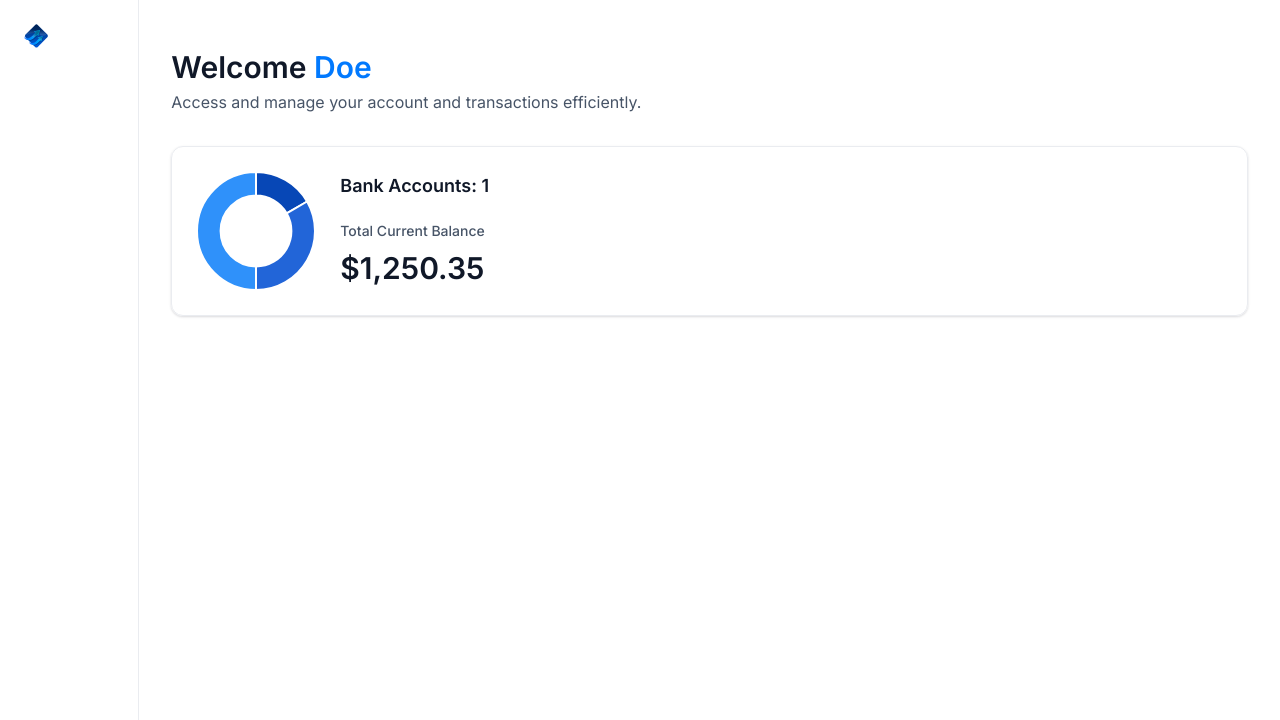
Repository: akinolapo/creditcraze
Page: /
These files come from the project's save history. The page is drawn as it stood at one moment and after a run of saves; the edit follows.
The browser window is 1280 px wide. The pictures show the whole page.
The project was rebuilt for these pictures with package versions that can differ from the ones it lists, and the page was loaded fresh each time. The framework's server and built-in components were replaced by stand-ins that run in the browser. Also part of the build but not shown: next.config.mjs.

Above is the page before, as saved 2024-07-01 09:09:07.

After the next 4 saves:
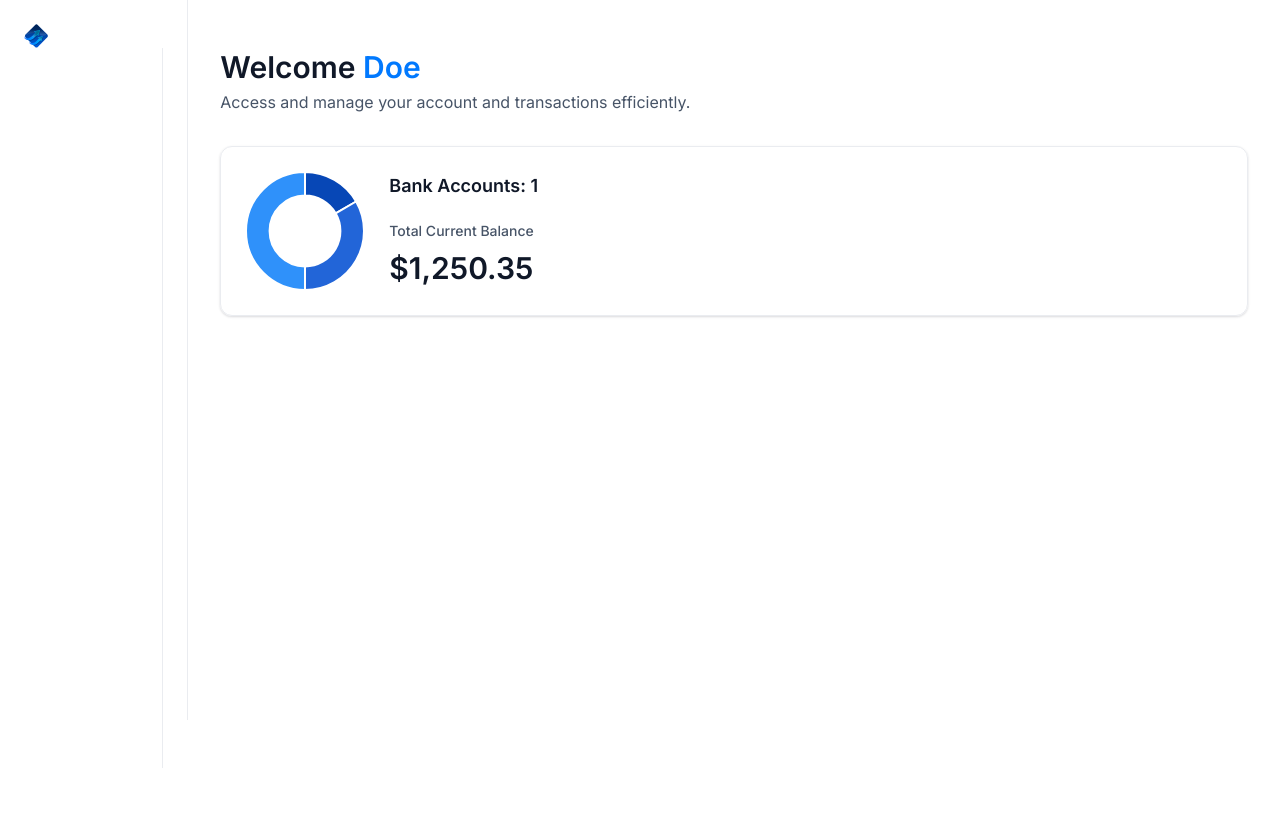
The 4 saves are shown as one change because they came seconds apart.
The last was saved 15 s later.
--- a/components/Sidebar.tsx
+++ b/components/Sidebar.tsx
@@ -14,7 +14,7 @@ const Sidebar = ({user}: SiderbarProps) => {
                     alt="Credicraze logo"
                     className="size-[24px] max-xl:size-14"
                 />
-                <h1>CreditCraze</h1>
+                <h1 className="sidebar">CreditCraze</h1>
             </Link>
         </nav>
     </section>
